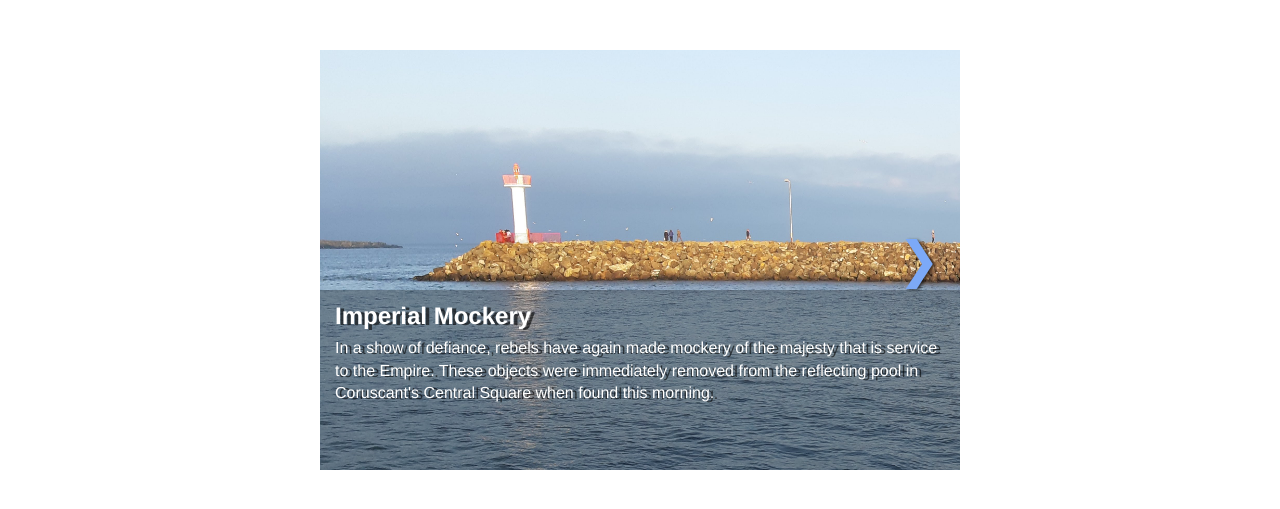
Repository: fmallett/HappyOut
Page: / (app in PhotoSlider/)
These files come from the project's save history. The page is drawn as it stood at one moment and after the next save; the edit follows.
The browser window is 1280 px wide. The pictures show the whole page.
The project was rebuilt for these pictures with package versions that can differ from the ones it lists, and the page was loaded fresh each time. Also part of the build but not shown: PhotoSlider/webpack.config.js.

Above is the page before, as saved 2019-11-29 14:38:49.

After the next save:
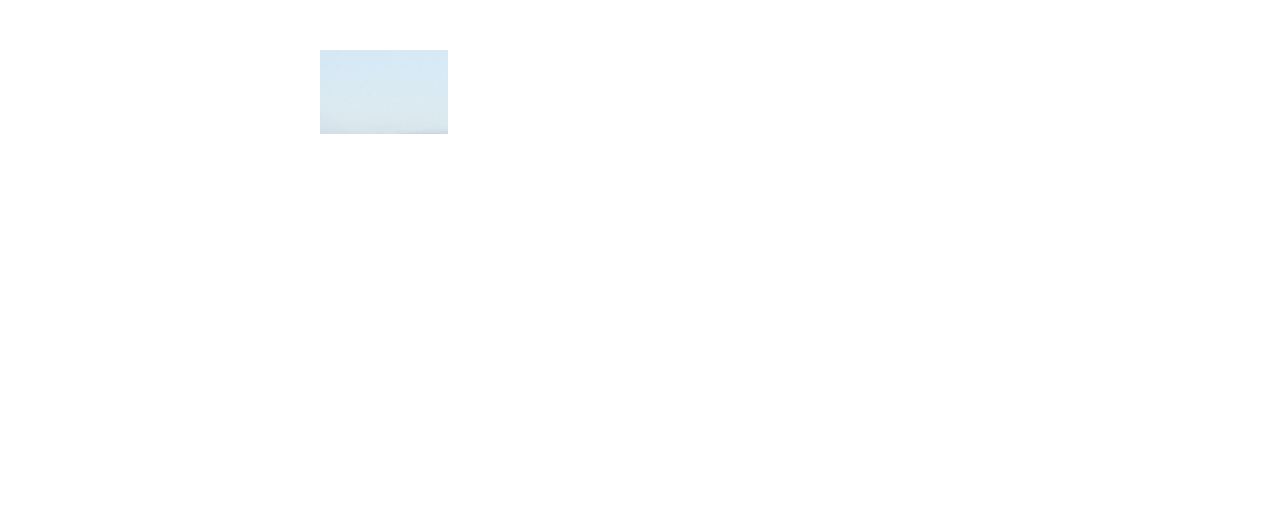
Saved 19 s later.
--- a/PhotoSlider/src/carousel-styles.js
+++ b/PhotoSlider/src/carousel-styles.js
@@ -4,7 +4,7 @@
   root: {
     position: 'relative',
     overflow: 'hidden',
-    height: config.imageHeight,
-    width: config.imageWidth
+    height: config.imageHeight * 0.2,
+    width: config.imageWidth * 0.2
   }
 }
